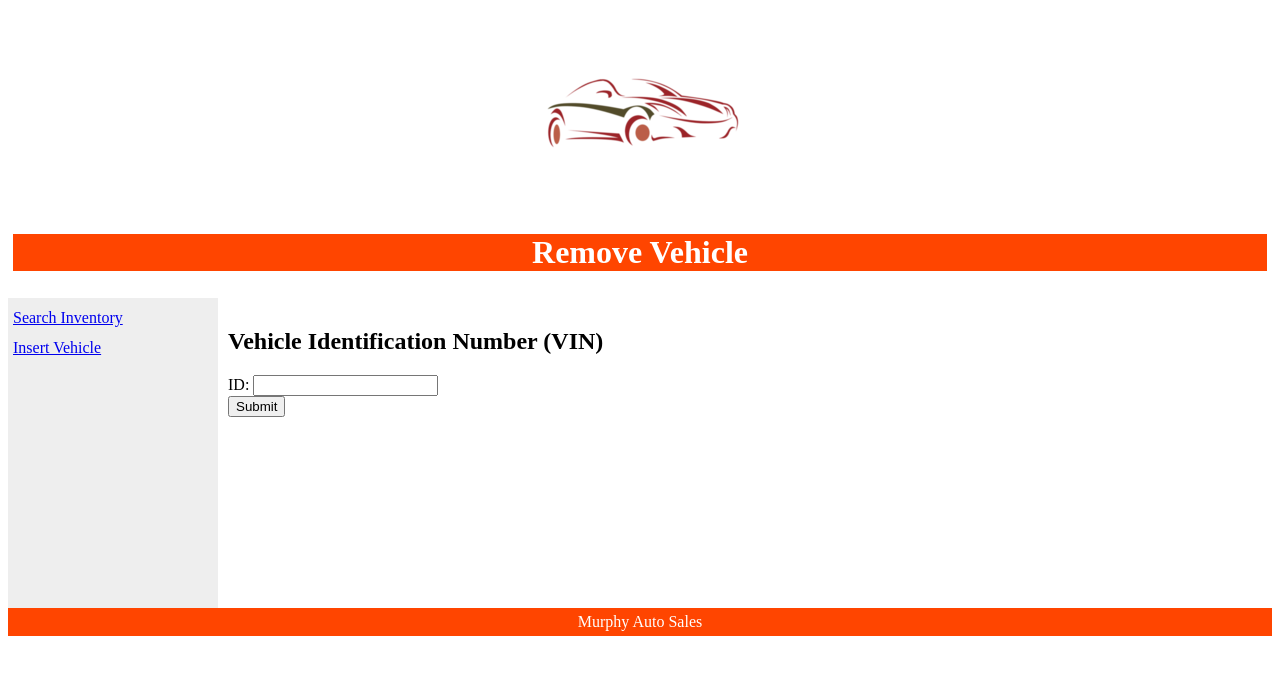
Repository: CamdenMurphy/workspace4830-intro-to-software-engineering
Page: techExercise/techExercise-Murphy/src/main/webapp/delete_murphy.html
These files come from the project's save history. The page is drawn as it stood at one moment and after the next save; the edit follows.
The browser window is 1280 px wide. The pictures show the whole page.

Above is the page before, as saved 2023-10-12 06:30:48.

### techExercise/techExercise-Murphy/src/main/webapp/delete_murphy.html
<html>
<head>
<style>
header {

	text-align: center;
    padding:5px;
}
nav {
    line-height:30px;
    background-color:#eeeeee;
    height:300px;
    width:200px;
    float:left;
    padding:5px;
}
img {
	display: inline-block;
}
section {
    width:500px;
    float:left;
    padding:10px;
}
footer {
    background-color:orangered;
    color:White;
    clear:both;
    text-align:center;
    padding:5px;
}
header h1 {
	background-color: orangered;
	color: white;
}
</style>
</head>

<body>
<header>
	<img src="car_icon.webp" alt="car logo">
	<h1> Remove Vehicle </h1>
</header>

<nav>
<a href="/techExercise-Murphy/search_murphy.html">Search Inventory</a> <br>
<a href="/techExercise-Murphy/insert_murphy.html">Insert Vehicle</a> <br>
</nav>

<section>
	<h1>Vehicle Identification Number (VIN)</h1>

	<form action="DeleteMurphy" method="POST">

		ID: <input type="text" name="id"> <br/>

		<input type="submit" value="Submit" />
	</form>
</section>

<footer>
	Murphy Auto Sales
</footer>
</body>
</html>

After the next save:
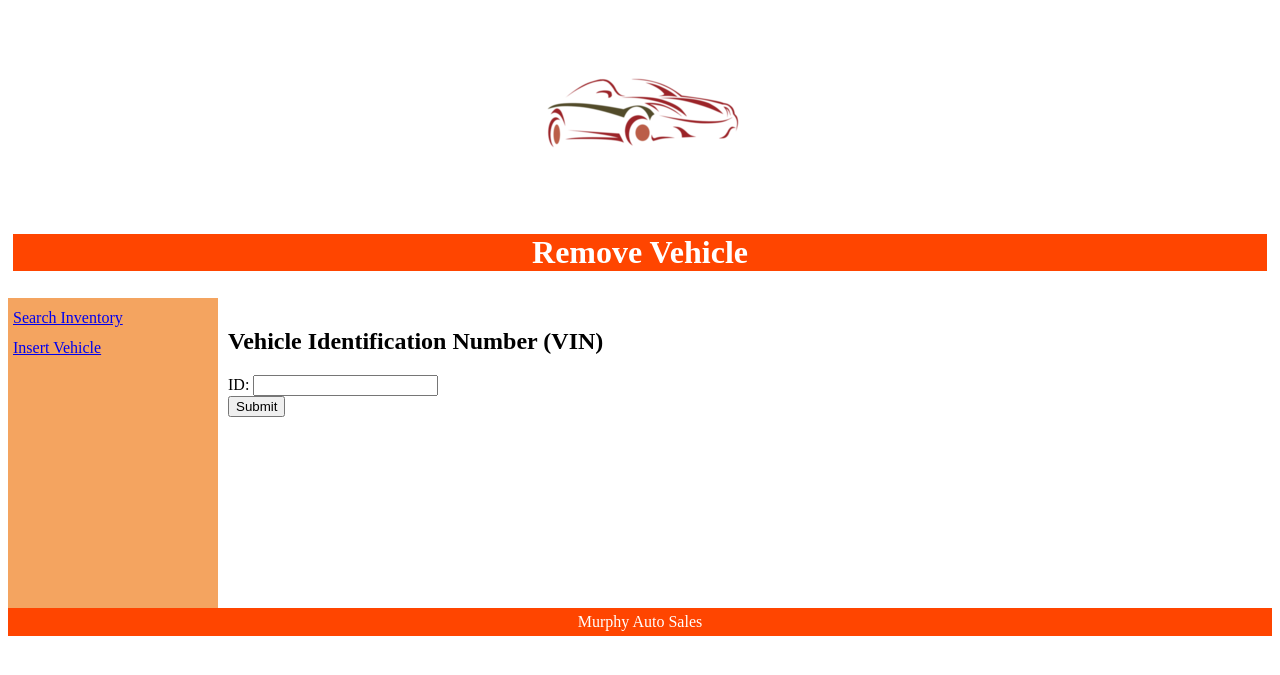
Saved 87 s later.
--- a/techExercise/techExercise-Murphy/src/main/webapp/delete_murphy.html
+++ b/techExercise/techExercise-Murphy/src/main/webapp/delete_murphy.html
@@ -8,7 +8,7 @@
 }
 nav {
     line-height:30px;
-    background-color:#eeeeee;
+    background-color: sandybrown;
     height:300px;
     width:200px;
     float:left;

After the save that followed:
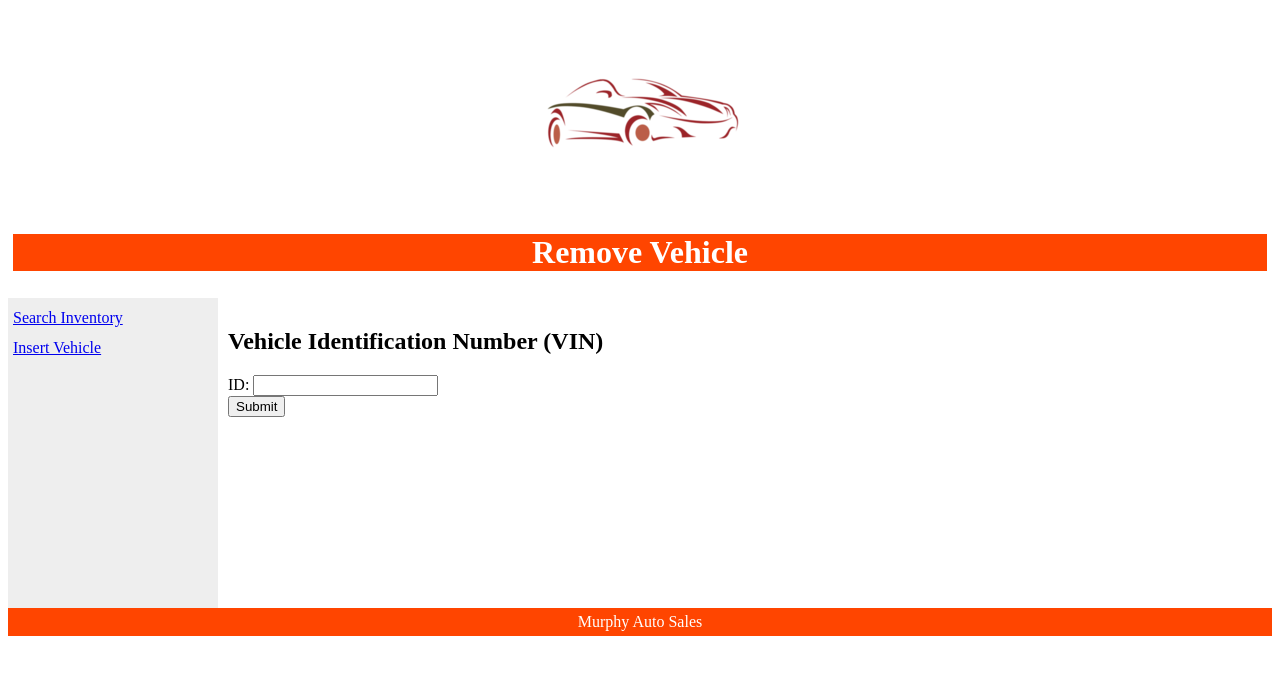
Saved 31 s later.
--- a/techExercise/techExercise-Murphy/src/main/webapp/delete_murphy.html
+++ b/techExercise/techExercise-Murphy/src/main/webapp/delete_murphy.html
@@ -8,7 +8,7 @@
 }
 nav {
     line-height:30px;
-    background-color: sandybrown;
+    background-color:#eeeeee;
     height:300px;
     width:200px;
     float:left;
